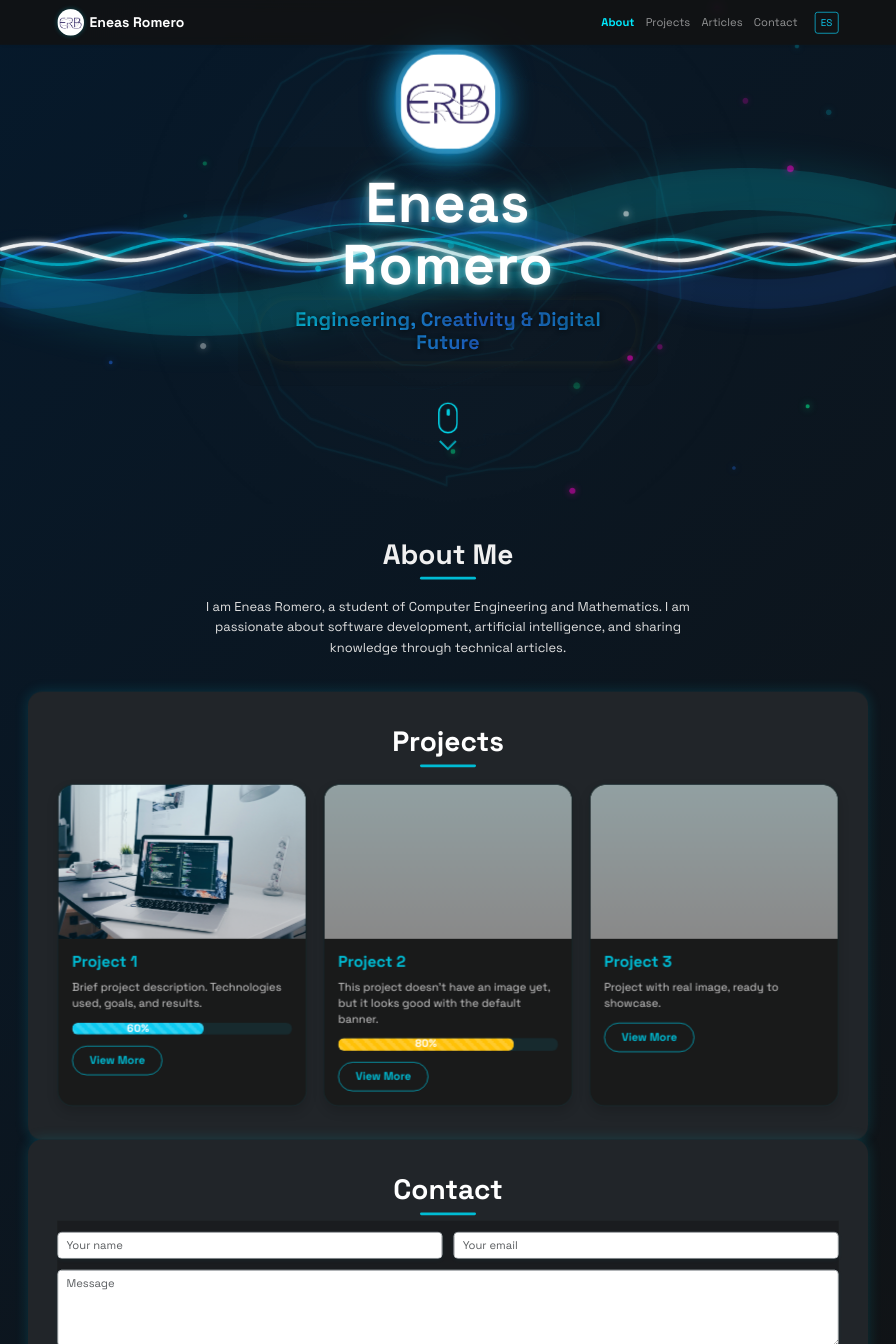
Repository: enerombar/enerombar.github.io
Page: index.html
These files come from the project's save history. The page is drawn as it stood at one moment and after the next save; the edit follows.
The browser window is 1280 px wide. The pictures show the part of the page from y = 0 to 1920 px (the page is 2569 px tall before and 2161 px after), at 70% of full size.
Pictures or frames that could not be fetched are drawn as grey boxes. Some web libraries are served in a nearby version.

Above is the page before, as saved 2025-06-27 01:01:58.

After the next save:
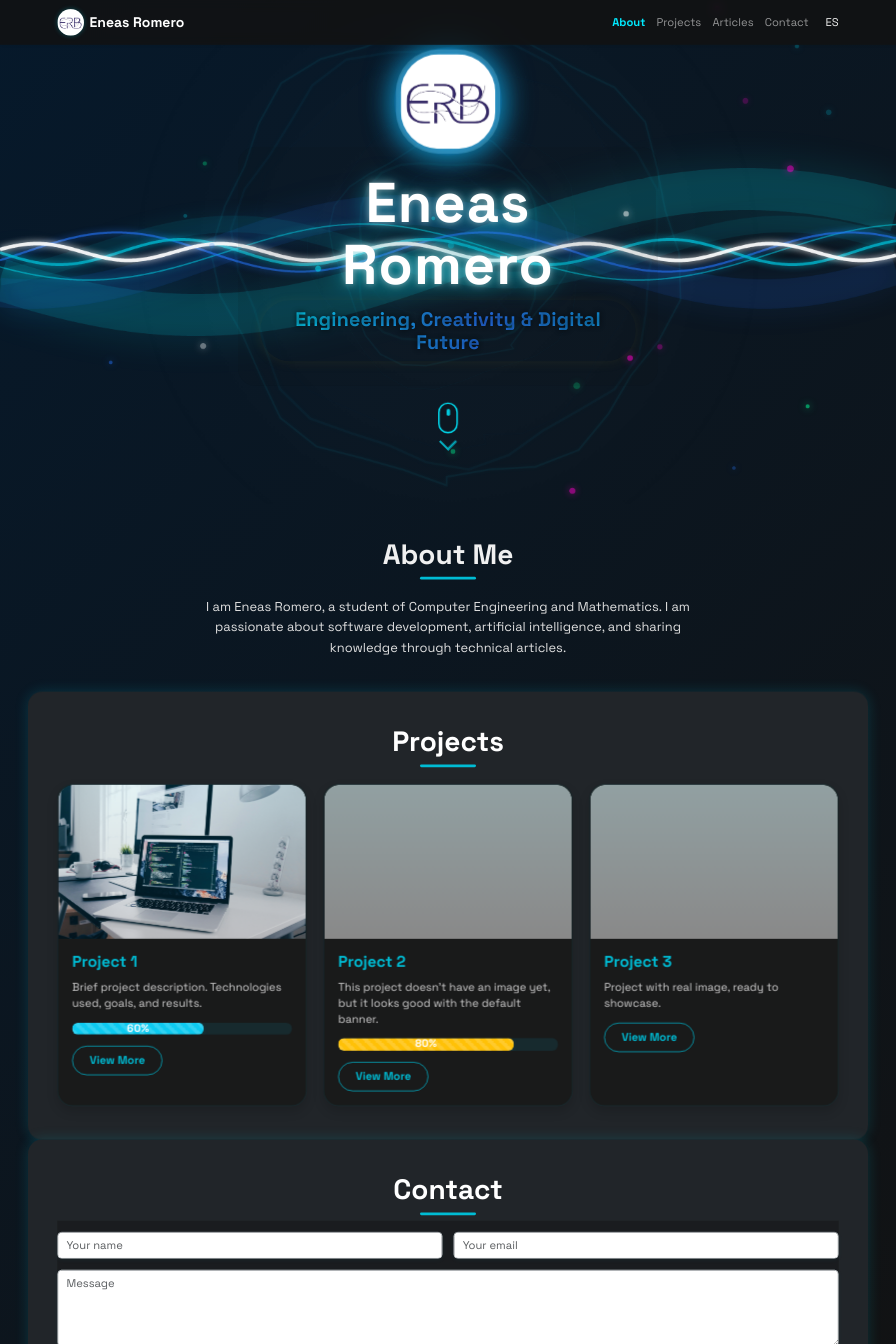
Console error: SyntaxError: Identifier 'translations' has already been declared
Saved 2 min 6 s later.
--- a/index.html
+++ b/index.html
@@ -57,7 +57,10 @@
             <a class="nav-link" href="#contact" data-key="navContact">Contacto</a>
           </li>
           <li class="nav-item ms-3">
-            <button id="langToggle" class="btn btn-outline-info btn-sm">EN</button>
+            <div id="langToggle" class="lang-toggle-btn d-flex align-items-center gap-1">
+              <button type="button" class="btn btn-flag btn-flag-es active" aria-label="Español">🇪🇸</button>
+              <button type="button" class="btn btn-flag btn-flag-en" aria-label="English">🇬🇧</button>
+            </div>
           </li>
         </ul>
       </div>
@@ -240,9 +243,31 @@
         window.scrollTo(0, 0);
       }
     });
-  </script>
-</body>
-</html>
+
+    // Cambiar idioma con las banderas
+    const translations = {
+      en: {
+        navAbout: "About me",
+        navProjects: "Projects",
+        navContact: "Contact",
+        heroName: "Eneas Romero",
+        heroSubtitle: "Engineering, Creativity, and Digital Future",
+        btnViewProjects: "View projects",
+        aboutTitle: "About me",
+        aboutText: "I am Eneas Romero, a student of Computer Engineering and Mathematics. I am passionate about software development, artificial intelligence, and sharing knowledge through technical articles.",
+        projectsTitle: "Projects",
+        project1Title: "Project 1",
+        project1Desc: "Brief description of the project. Technologies used, objectives, and results.",
+        project2Title: "Project 2",
+        project2Desc: "This project doesn't have an image yet, but it looks good with the default banner.",
+        project3Title: "Project 3",
+        project3Desc: "Project with real image, ready to show.",
+        btnViewMore: "View more",
+        contactTitle: "Contact",
+        formName: "Your name",
+        formEmail: "Your email",
+        formMessage: "Message",
+        btnSend: "Send"
       },
       es: {
         navAbout: "Sobre mí",
